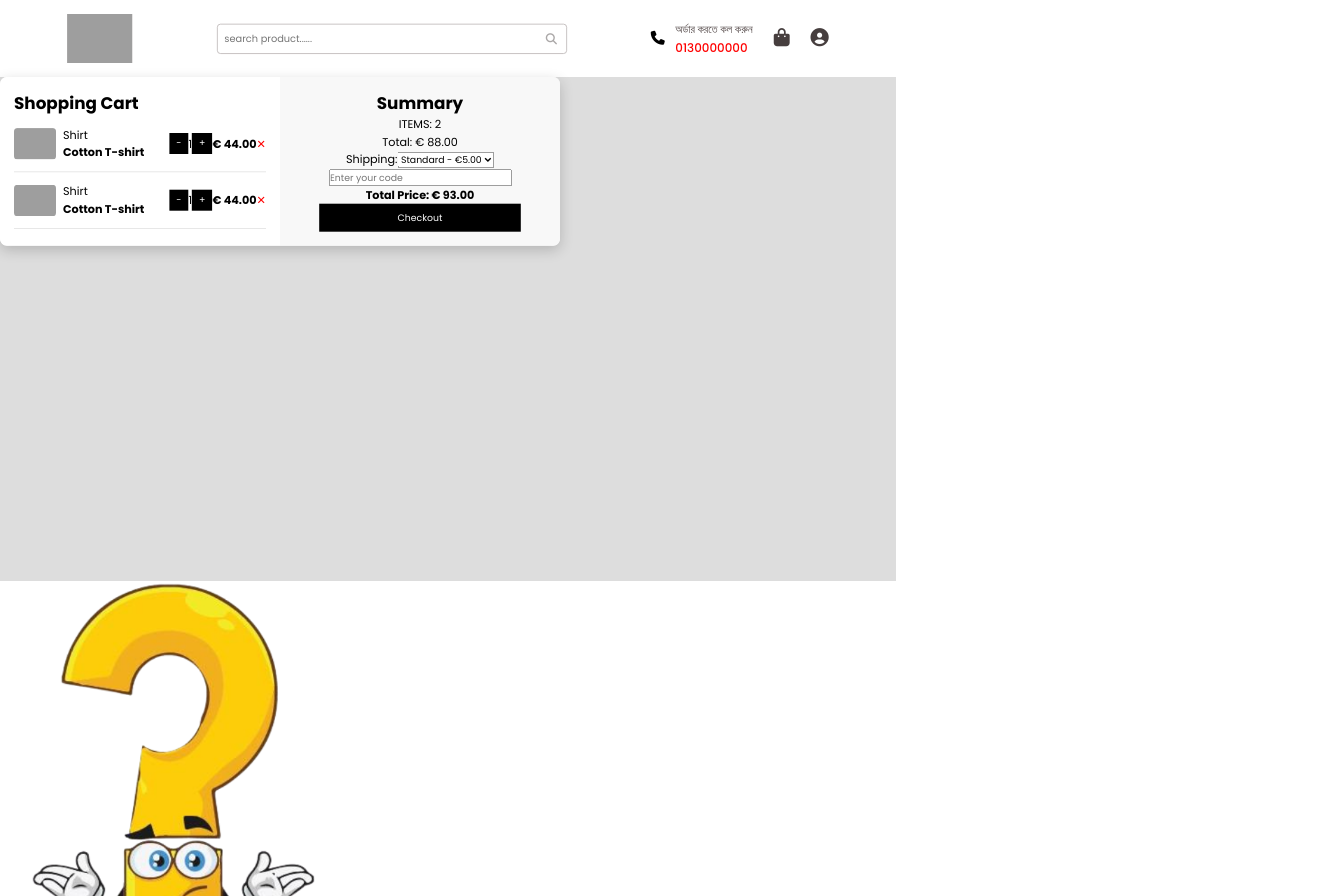
Repository: saifscripts/accessories-mart
Page: /cart
These files come from the project's save history. The page is drawn as it stood at one moment and after the next save; the edit follows.
The browser window is 1280 px wide. The page is 3000 px wide, so the pictures cover 1920 px, including what lies to the right of the window. The pictures show the part of the page from y = 0 to 1280 px (the page is 7972 px tall), at 70% of full size.
Pictures or frames that could not be fetched are drawn as grey boxes. The page's requests for data from a server got no answer. The project was rebuilt for these pictures with package versions that can differ from the ones it lists, and the page was loaded fresh each time. No one was signed in, and anything a server would have sent is missing. Also part of the build but not shown: vite.config.js, src/App.jsx, src/components/Hero.jsx, src/components/Products.jsx, src/components/Loader.jsx, src/components/ProductSection.jsx, src/components/ProductsByClass.jsx, src/pages/Home.jsx and 2 more. Imported but missing from the stored project, and not drawn on this page: src/context/CartContext.

Above is the page before, as saved 2025-03-17 01:50:45.

After the next save:
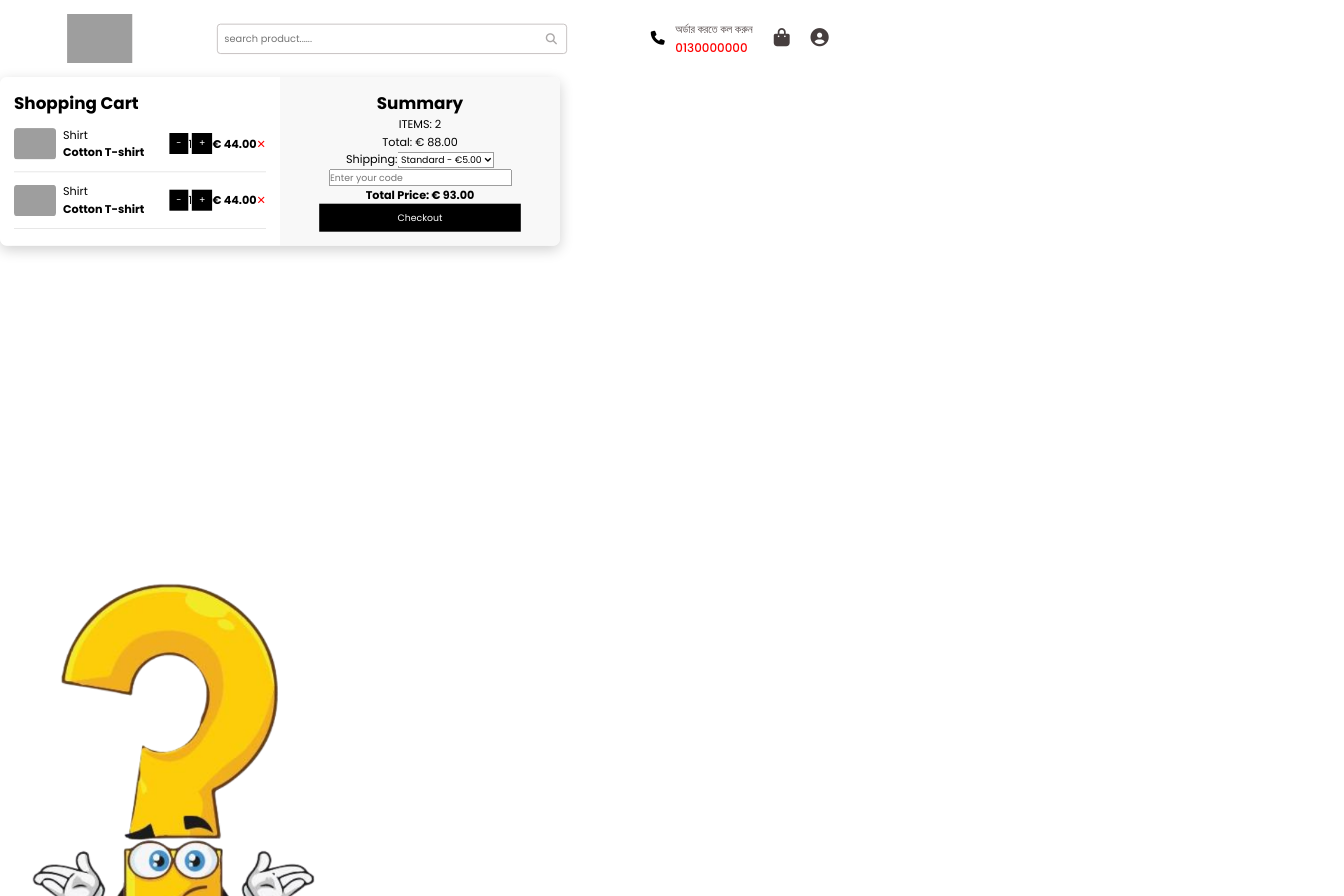
Saved 8 s later.
--- a/src/index.css
+++ b/src/index.css
@@ -1015,7 +1015,7 @@ header {
 /* General Styles */
 .cart-section {
   font-family: Arial, sans-serif;
-  background: #ddd;
+  background: white;
   min-height: 100vh;
   width: 100%;
 }
